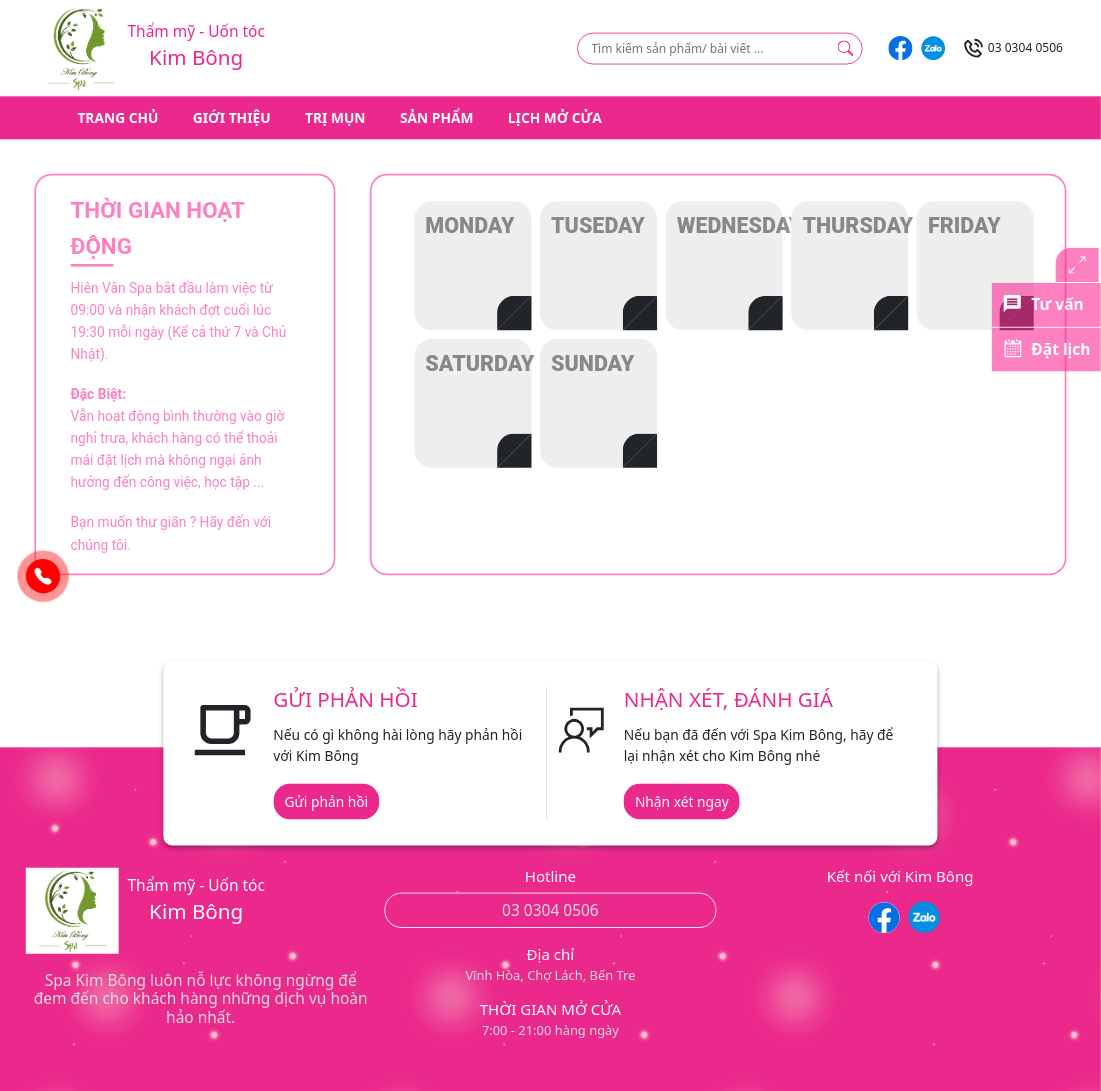
Repository: tranduykhuong/SpaKimBong
Page: /calendar
The author's editor kept a copy of each file at every save. The page is drawn from the files as they stood at one save, then again after the next save.
The browser window is 1280 px wide. The pictures show the whole page, at 86% of full size.
The project was rebuilt for these pictures with package versions that can differ from the ones it lists, and the page was loaded fresh each time. Also part of the build but not shown: src/components/Banner/banner.scss, src/components/Banner/Banner.js, src/pages/Home/home.scss, src/pages/Home/ListImage/listImage.scss, src/pages/Home/ListImage/ListImage.js, src/pages/Home/BookOnline/bookOnl.scss, src/pages/Home/BookOnline/Modal/ModalBook/modalbook.scss, src/pages/Home/BookOnline/Modal/ModalBook/modalbook.js and 24 more.

Above is the page before, as saved 2022-06-07 10:53:52.

### src/App.js
import "./App.scss";
import Header from "./components/Header/Header";
import Home from "./pages/Home/Home";
import "bootstrap/dist/css/bootstrap.min.css";
import { Route, Routes } from "react-router-dom";
import About from "./pages/About/About";
import Products from "./pages/Product/Products";
import ProductDetail from "./pages/Product/ProductDetail/ProductDetail";
import AcneTreatment from "./pages/AcneTreatment/AcneTreatment";
import ContactToolbox from "./components/ContactToolbox/ContactToolbox";
import BackToTop from "./components/BackToTop/BackToTop";
import PhoneTool from "./components/PhoneTool/PhoneTool";
import Calendar from "./pages/Calendar/Calendar";

function App() {
  return (
    <div className="App">
      <Header />
      <ContactToolbox />
      <BackToTop />
      <PhoneTool />
      <Routes>
        <Route path="/" element={<Home />} />
        <Route path="/about" element={<About />} />
        <Route path="/products" element={<Products />} />
        <Route path="/acne" element={<AcneTreatment />} />
        <Route path="/calendar" element={<Calendar />} />

        <Route path="/products/1" element={<ProductDetail />} />
      </Routes>
    </div>
  );
}

export default App;

### src/components/ContactToolbox/ContactToolbox.js
import React, { useState } from "react";
import "./contactToolbox.scss";
import { MdMessage } from "react-icons/md";
import { GoCalendar } from "react-icons/go";
import { BsArrowsAngleExpand } from "react-icons/bs";

const ContactToolbox = () => {
  const [hidden, setHidden] = useState(false);

  return (
    <div className="contactFixed">
      <div className="toolboxScroll" onClick={() => setHidden((prev) => !prev)}>
        <BsArrowsAngleExpand className="iconArrow" />
      </div>
      <div className={"toolboxList " + (hidden ? "hidden" : "open")}>
        <div className="advise toolboxItem">
          <MdMessage className="iconMessage" />
          <p>Tư vấn</p>
        </div>
        <div className="book toolboxItem">
          <GoCalendar className="iconCalendar" />
          <p>Đặt lịch</p>
        </div>
      </div>
    </div>
  );
};

export default ContactToolbox;

### src/components/BackToTop/BackToTop.js
import React, { useEffect, useState } from "react";
import "./backToTop.scss";
import { FaRegArrowAltCircleUp } from "react-icons/fa";

const BackToTop = () => {
  const [clicked, setClick] = useState(true);
  const [hiddenArrow, setHiddenArrow] = useState(true);

  useEffect(() => {
    const handleScroll = () => {
      if (window.scrollY > 550) setHiddenArrow(false);
      else setHiddenArrow(true);
    };
    window.addEventListener("scroll", handleScroll);
    return () => {
      window.removeEventListener("scroll", handleScroll);
    };
  }, []);

  useEffect(() => {
    window.scrollTo(0, 0);
  }, [clicked]);

  return (
    <div
      className={"backToTop " + (hiddenArrow ? "" : "show")}
      onClick={() => setClick((prev) => !prev)}
    >
      <FaRegArrowAltCircleUp className="icon" />
    </div>
  );
};

export default BackToTop;

### src/components/PhoneTool/PhoneTool.js
import React from "react";
import "./phoneTool.scss";
import { BsFillTelephoneFill } from "react-icons/bs";

const PhoneTool = () => {
  return (
    <div className="phoneTool">
      <div className="phone">
        <BsFillTelephoneFill className="iconPhone" />
      </div>
      <div className="circle"></div>
    </div>
  );
};

export default PhoneTool;

### src/pages/Calendar/Calendar.js
import React from "react";
import "./calendar.scss";
import Footer from "./../../components/Footer/Footer";

const Calendar = () => {
  return (
    <div>
      <div className="container-calendar">
        <div className="container-bg-calendar">
          <div className="calendar">
            <div className="calendar-content">
              <h3>THỜI GIAN HOẠT ĐỘNG</h3>
              <p>
                Hiên Vân Spa bắt đầu làm việc từ 09:00 và nhận khách đợt cuối
                lúc 19:30 mỗi ngày (Kể cả thứ 7 và Chủ Nhật).
              </p>
              <strong id="special">Đặc Biệt:</strong>
              <p>
                Vẫn hoạt động bình thường vào giờ nghỉ trưa, khách hàng có thể
                thoải mái đặt lịch mà không ngại ảnh hưởng đến công việc, học
                tập ...
              </p>
              <p>Bạn muốn thư giãn ? Hãy đến với chúng tôi.</p>
            </div>

            <div className="calendar-boxs-day">
              <div className="calendar-boxs">
                <div className="calendar-box box1">
                  <p><strong>MONDAY</strong></p>
                </div>
                <div className="calendar-box box2">
                  <p><strong>TUSEDAY</strong></p>
                </div>
                <div className="calendar-box box3">
                  <p><strong>WEDNESDAY</strong></p>
                </div>
                <div className="calendar-box box4">
                  <p><strong>THURSDAY</strong></p>
                </div>
                <div className="calendar-box box5">
                  <p><strong>FRIDAY</strong></p>
                </div>
                <div className="calendar-box box6">
                  <p><strong>SATURDAY</strong></p>
                </div>
                <div className="calendar-box box7">
                  <p><strong>SUNDAY</strong></p>
                </div>

              </div>
            </div>
          </div>
        </div>
      </div>

      <Footer />
    </div>
  );
};

export default Calendar;

### src/components/Header/header.scss
@import '../../SCSS/base/variables.scss';
$height-navbar: 5rem;

.header {
    .mg-navbar {
        margin-bottom: $height-navbar;
    }

    .infor {
        max-width: 1200px;
        padding: .6rem 0;
        display: flex;
        justify-content: space-between;
        margin: 0 auto;

        .logo {
            display: flex;
            flex: 1;

            img {
                height: 10rem;
            }

            .nameSpa {
                color: $main-color;
                margin: auto 0;

                h4 {
                    font-size: 1.8rem;
                    font-weight: 500;
                }

                h2 {
                    font-size: 2.4rem;
                }
            }
        }


        .search {
            margin: auto 0;
            border-radius: 50px;
            border: solid .1rem $main-color;
            height: 37px;
            display: flex;

            input {
                font-size: 1.4rem;
                margin: auto 16px;
                min-width: 26rem;
                border: none;
                outline: none;
            }

            .icon {
                margin: auto 10px;
                cursor: pointer;
            }

            .iconSearch {
                width: 1.8rem;
                height: 1.8rem;
                color: $main-color;

                &:hover {
                    color: #f867b2;
                }
            }
        }

        .contact {
            display: flex;
            margin-left: 20px;

            .icon {
                margin: auto 0;
                margin-left: 10px;

            }

            .iconFacebook {
                width: 2.8rem;
                height: 2.8rem;
                color: rgba($color: #0570e6, $alpha: 1.0);
            }

            .iconZalo {
                width: 2.8rem;
                height: 2.8rem;
                border-radius: 50%;
            }

            .phone {
                margin: auto 0;
                margin-left: 20px;
                display: flex;

                .iconPhone {
                    width: 2.6rem;
                    height: 2.6rem;
                }

                h3 {
                    font-size: 1.4rem;
                    font-weight: 500;
                    margin: auto 4px;
                }
            }

        }
    }

    .fixedNavbar {
        position: fixed;
        top: 0;
        left: 0;
        z-index: 50;
        width: 100%;
        animation: fixedNavbar 1s forwards;
    }

    @keyframes fixedNavbar {
        from {
            top: -5rem;
            opacity: 0;
        }

        to {
            top: 0;
            opacity: 1;
        }
    }

    .myNavbar {
        height: $height-navbar;
        background-color: $main-color;

        .navbarContent {
            max-width: 1200px;
            margin: 0 auto;

            .navbarList {
                display: flex;
                margin: 0 1rem;
                // justify-content: space-evenly;

                li {
                    list-style: none;

                    a {
                        line-height: $height-navbar;
                        height: $height-navbar;
                        display: block;
                        color: #fff;
                        font-size: 1.6rem;
                        font-weight: 600;
                        text-decoration: none;
                        padding: 0 2rem;
                    }

                    &:hover {
                        background-color: #f844a1;
                        cursor: pointer;
                    }
                }

                .active {
                    background-color: #dd0876;
                }
            }
        }
    }
}

### src/components/Footer/Footer.js
import React, { useEffect } from "react";
import "./footer.scss";
import { BsFacebook } from "react-icons/bs";
import { RiCupLine } from "react-icons/ri";
import { VscFeedback } from "react-icons/vsc";

const Footer = () => {
  return (
    <div className="footer">
      <div className="logo">
        <div className="info">
          <img src="../../img/logoSpa.png" alt="" />
          <div className="nameSpa">
            <h4>Thẩm mỹ - Uốn tóc</h4>
            <h2>Kim Bông</h2>
          </div>
        </div>

        <h5>
          Spa Kim Bông luôn nỗ lực không ngừng để đem đến cho khách hàng những
          dịch vụ hoàn hảo nhất.
        </h5>
      </div>

      <div className="address">
        <h3>Hotline</h3>
        <div className="hotline">03 0304 0506</div>
        <h3>Địa chỉ</h3>
        <h4>Vĩnh Hòa, Chợ Lách, Bến Tre</h4>
        <h3>THỜI GIAN MỞ CỬA</h3>
        <h4>7:00 - 21:00 hàng ngày</h4>
      </div>
      <div className="contact">
        <h3>Kết nối với Kim Bông</h3>
        <a href="/" className="icon">
          <BsFacebook className="iconFacebook" />
        </a>
        <a href="/" className="icon">
          <img src="../../img/Zalo.png" alt="" className="iconZalo" />
        </a>
      </div>

      <div className="subFooter">
        <div className="report">
          <RiCupLine className="icon" />
          <div>
            <h3>Gửi phản hồi</h3>
            <p>Nếu có gì không hài lòng hãy phản hồi với Kim Bông</p>
            <div className="btn">Gửi phản hồi</div>
          </div>
        </div>
        <div className="feedback">
          <VscFeedback className="icon" />
          <div>
            <h3>Nhận xét, Đánh giá</h3>
            <p>
              Nếu bạn đã đến với Spa Kim Bông, hãy để lại nhận xét cho Kim Bông
              nhé
            </p>
            <div className="btn">Nhận xét ngay</div>
          </div>
        </div>
      </div>
    </div>
  );
};

export default Footer;

### src/components/ContactToolbox/contactToolbox.scss
.contactFixed {
    position: fixed;
    top: 50%;
    transform: translateY(-50%);
    right: 0;
    z-index: 100;
    cursor: pointer;

    .toolboxScroll {
        border-top-left-radius: 1.8rem;
        background-color: rgba($color: #fc2c97, $alpha: 0.6);
        width: 5rem;
        padding: 1rem;
        color: #fff;
        transform: translateX(149%);
        border-bottom: 1px solid #fff;

        .iconArrow {
            width: 2rem;
            height: 2rem;
        }
    }

    .toolboxList {
        background-color: rgba($color: #fc2c97, $alpha: 0.6);


        .toolboxItem {
            display: flex;
            padding: 1.2rem;
            color: #fff;

            p {
                font-size: 1.8rem;
                margin: 0;
                padding-left: 1rem;
                font-weight: 600;
            }
        }

        .advise {
            border-bottom: 1px solid #fff;

            .iconMessage {
                width: 2.4rem;
                height: 2.4rem;
            }
        }

        .book {

            .iconCalendar {
                width: 2.4rem;
                height: 2.4rem;
            }
        }
    }

    .hidden {
        animation: toRight 0.8s linear forwards;
    }

    .open {
        animation: toLeft 0.8s linear backwards;
    }

    @keyframes toRight {
        to {
            transform: translateX(62%);
        }
    }

    @keyframes toLeft {
        from {
            transform: translateX(62%);

        }

        to {
            transform: translateX(0);
        }
    }
}

### src/components/BackToTop/backToTop.scss
.backToTop {
    position: fixed;
    bottom: 2rem;
    right: 2rem;
    z-index: 100;
    display: none;

    .icon {
        width: 4rem;
        height: 4rem;
        color: #fa72b8;
        cursor: pointer;
    }
}

.show {
    animation: FadeIn 0.8s forwards;
    display: block;

    @keyframes FadeIn {
        from {
            bottom: 0;
        }

        to {
            bottom: 2rem;
        }
    }
}

### src/components/PhoneTool/phoneTool.scss
.phoneTool {
    position: fixed;
    width: 6rem;
    height: 6rem;
    left: 1rem;
    border-radius: 50%;
    bottom: 3rem;
    z-index: 100;
    cursor: pointer;

    .phone {
        position: absolute;
        z-index: 5;
        top: 34%;
        left: 34%;
        background-color: red;
        padding: 1rem;
        border-radius: 50%;
        animation: phoneSkin 1s infinite ease-in-out;

        .iconPhone {
            height: 2rem;
            width: 2rem;
            color: #fff;

        }

        @keyframes phoneSkin {
            0% {
                transform: rotate(0) scale(1) skew(1deg);
            }

            10% {
                transform: rotate(-25deg) scale(1) skew(1deg);
            }

            20% {
                transform: rotate(25deg) scale(1) skew(1deg);
            }

            30% {
                transform: rotate(-25deg) scale(1) skew(1deg);
            }

            40% {
                transform: rotate(25deg) scale(1) skew(1deg);
            }

            50% {
                transform: rotate(0) scale(1) skew(1deg);
            }

            100% {
                transform: rotate(0) scale(1) skew(1deg);
            }
        }
    }

    .circle {
        position: absolute;
        width: 6rem;
        height: 6rem;
        border-radius: 50%;
        top: 16%;
        left: 16%;
        background-color: rgba($color: rgb(255, 42, 42), $alpha: 0.5);
        animation: zoom 1s infinite;

        @keyframes zoom {
            0% {
                transform: scale(0.9);
            }

            70% {
                transform: scale(1);
                box-shadow: 0 0 0 15px transparent;
            }

            100% {
                transform: scale(0.9);
                box-shadow: 0 0 0 0 transparent;
            }
        }
    }
}

### src/pages/Calendar/calendar.scss
.container-calendar {
  .container-bg-calendar {
    .calendar {
      display: flex;
      width: 100%;
      text-align: left;
      padding: 4rem;
      font-family: "Roboto", sans-serif;

      .calendar-content {
        width: 30%;
        border: solid 2px #fd80c1;
        // border-bottom-left-radius: 20px;
        // border-top-left-radius: 20px;
        // border-top-right-radius: 20px;
        border-radius: 20px;
        padding: 2rem 4rem 0;
        margin-right: 4rem;
        h3 {
          margin: 0 0 13px;
          color: #fd80c1;
          font-size: 26px;
          font-weight: bold;
          line-height: 1.6;
        }

        h3:after {
          content: "";
          display: block;
          width: 5rem;
          height: 0.25rem;
          background: #fd80c1;
        }

        #special {
          color: #fd80c1;
          font-size: 16px;
          line-height: 1.6;
          margin-bottom: 0;
        }

        p {
          margin: 0 0 21px;
          color: #fd80c1;
          font-size: 16px;
          line-height: 1.6;
        }
      }

      .calendar-boxs-day {
        width: 70%;
        border: solid 2px #fd80c1;
        border-radius: 20px;
        padding: 3rem 0 2rem 5rem;

        .calendar-boxs {
          display: flex;
          width: 100%;
          flex-wrap: wrap;

          .calendar-box {
            margin: 0 1rem 1rem 0;
            width: 18%;
            height: 15rem;
            // border: solid 2px #fd80c1;
            // border-bottom-right-radius: 2rem;

            // margin: 10px;
            // width: 300px;
            // height: 200px;
            background-color: #eee;
            border-radius: 20px;
            position: relative;

            p{
              font: 40px "Roboto", sans-serif;
              font-weight: 600;
              opacity: 0.5;
              padding-left: 1.3rem;

            }
          }
          .calendar-box:before {
            content: "";
            position: absolute;
            bottom: 0;
            right: 0;
            border-top: 4rem solid;
            border-right: 4rem solid transparent;
            border-left: 0 solid transparent;
            border-top-left-radius: 20px;
          }
          .calendar-box:after {
            content: "";
            position: absolute;
            bottom: 0;
            right: 0;
            border-bottom: 4rem solid;
            border-left: 4rem solid transparent;
          }
        }
      }
    }
  }
}

### src/SCSS/base/variables.scss
$main-color: #eb288c;
$text-color: #444;
$title-color: #fff;

### src/components/Footer/footer.scss
@import '../../SCSS/base/variables.scss';

.footer {
    background-image: url(../../../public/img/sparkle1.png), url(../../../public/img/sparkle2.png);
    width: 100%;
    height: 400px;
    background-color: $main-color;
    animation: sparkle 60s linear infinite;
    padding: 14rem 3rem 0;
    display: flex;
    justify-content: space-around;
    position: relative;
    margin-top: 16rem;

    .logo {
        flex: 1;

        .info {
            display: flex;

            img {
                height: 10rem;
            }

            .nameSpa {
                color: $title-color;
                margin: 1rem;

                h4 {
                    font-size: 1.8rem;
                    font-weight: 500;
                }

                h2 {
                    font-size: 2.4rem;
                }
            }
        }

        h5 {
            margin: 2rem .6rem;
            font-size: 1.8rem;
            font-weight: 400;
            color: #ddd;
        }
    }

    .contact {
        flex: 1;
        text-align: center;

        h3 {
            margin-bottom: 1.8rem;
            color: $title-color;
        }

        .icon {
            margin: auto 0;
            margin-left: 10px;

        }

        .iconFacebook {
            width: 3.6rem;
            height: 3.6rem;
            color: rgba($color: #0570e6, $alpha: 1.0);
            background-color: $title-color;
            border-radius: 50%;
        }

        .iconZalo {
            width: 3.7rem;
            height: 3.7rem;
            border-radius: 50%;
        }
    }

    .address {
        color: #ddd;
        flex: 1;
        text-align: center;

        h3 {
            // margin-bottom: 2rem;
            color: $title-color;
        }

        h4 {
            margin-bottom: 2rem;
        }

        .hotline {
            padding: .6rem;
            font-size: 1.8rem;
            margin: .8rem 1rem 2rem;
            border: 1px solid $title-color;
            border-radius: 2rem;

            &:hover {
                color: $title-color;
                cursor: pointer;
            }
        }
    }

    @keyframes sparkle {
        0% {
            background-position: 0px 0px, 0px 0px, 0px 0px;
        }

        100% {
            background-position: -500px -1000px, -400px -400px, 300px 300px;
        }
    }

    .subFooter {
        width: 100%;
        max-width: 90rem;
        min-height: 20rem;
        box-shadow: 0 3px 6px -4px rgba(0, 0, 0, 0.2), 0 3px 6px rgba(0, 0, 0, 0.3);

        background-color: #fff;
        border-radius: 1rem;
        z-index: 50;
        top: -10rem;
        left: 50%;
        transform: translateX(-50%);
        position: absolute;
        display: flex;
        padding: 3rem;
        justify-content: space-around;

        .report,
        .feedback {
            display: flex;
            flex: 1;
            justify-content: center;
            text-align: left;

            h3 {
                text-transform: uppercase;
                font-size: 2.4rem;
                color: $main-color;
            }

            p {
                font-size: 1.6rem;
                padding: 1rem 1.4rem 1rem 0;
            }

            .icon {
                height: 10rem;
                width: 10rem;
                margin-right: 2rem;
            }

            .btn {
                padding: 0.8rem 1.2rem;
                background-color: $main-color;
                border-radius: 2rem;
                font-size: 1.6rem;
                color: #fff;

                &:hover {
                    background-color: #cc1574;
                }
            }
        }

        .report {
            border-right: 1px solid #ddd;
        }

        .feedback {
            margin-left: 1rem;
        }
    }
}

Loaded but not shown: public/index.html (common file); src/index.js (common file); src/index.css (common file); src/reportWebVitals.js (common file); src/App.scss (common file); src/components/Header/Header.js (92 lines, source omitted)

After the next save:
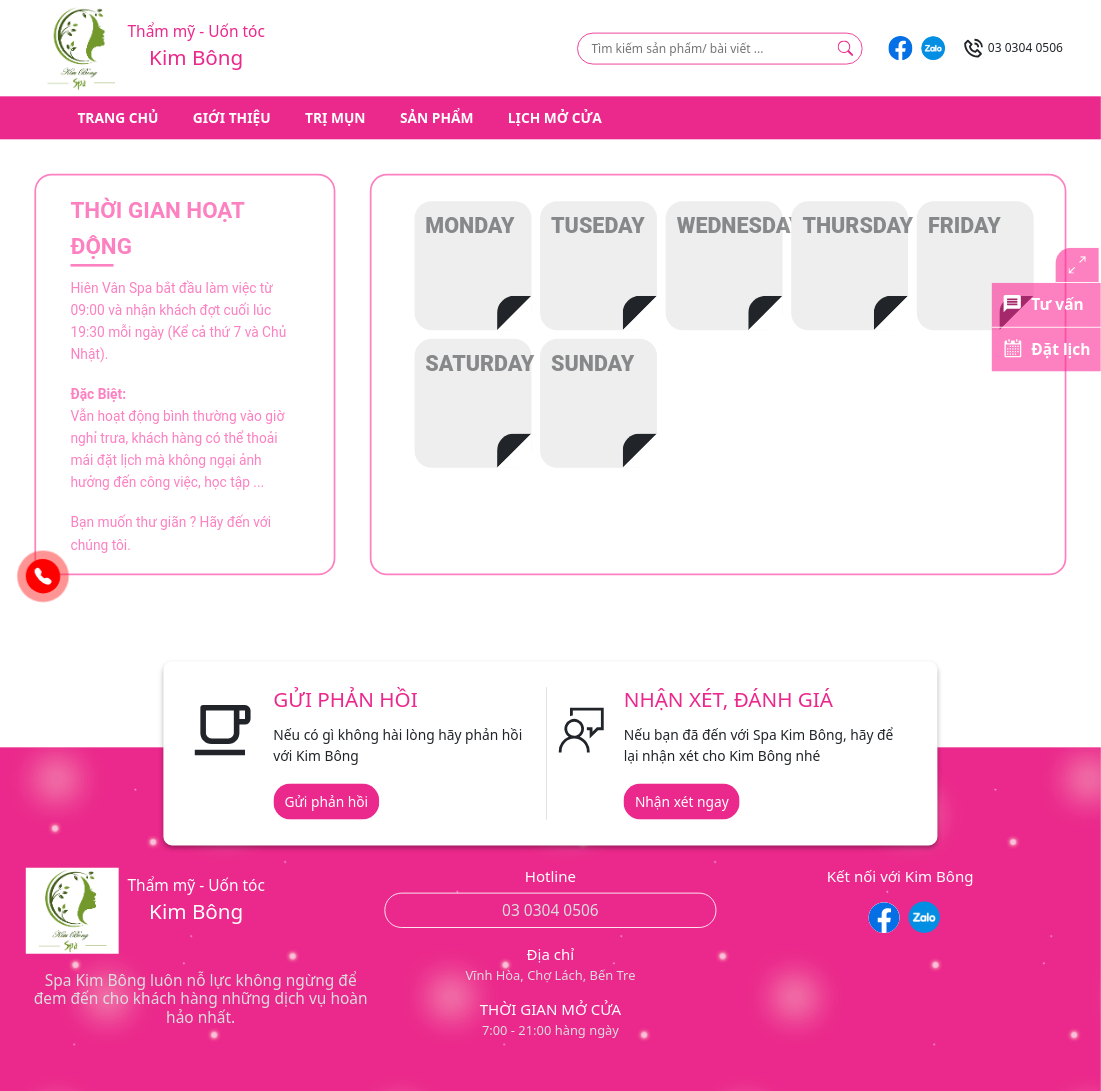
Saved 6 s later.
--- a/src/pages/Calendar/calendar.scss
+++ b/src/pages/Calendar/calendar.scss
@@ -95,7 +95,7 @@
             position: absolute;
             bottom: 0;
             right: 0;
-            border-bottom: 4rem solid;
+            border-bottom: 4rem solid white;
             border-left: 4rem solid transparent;
           }
         }
